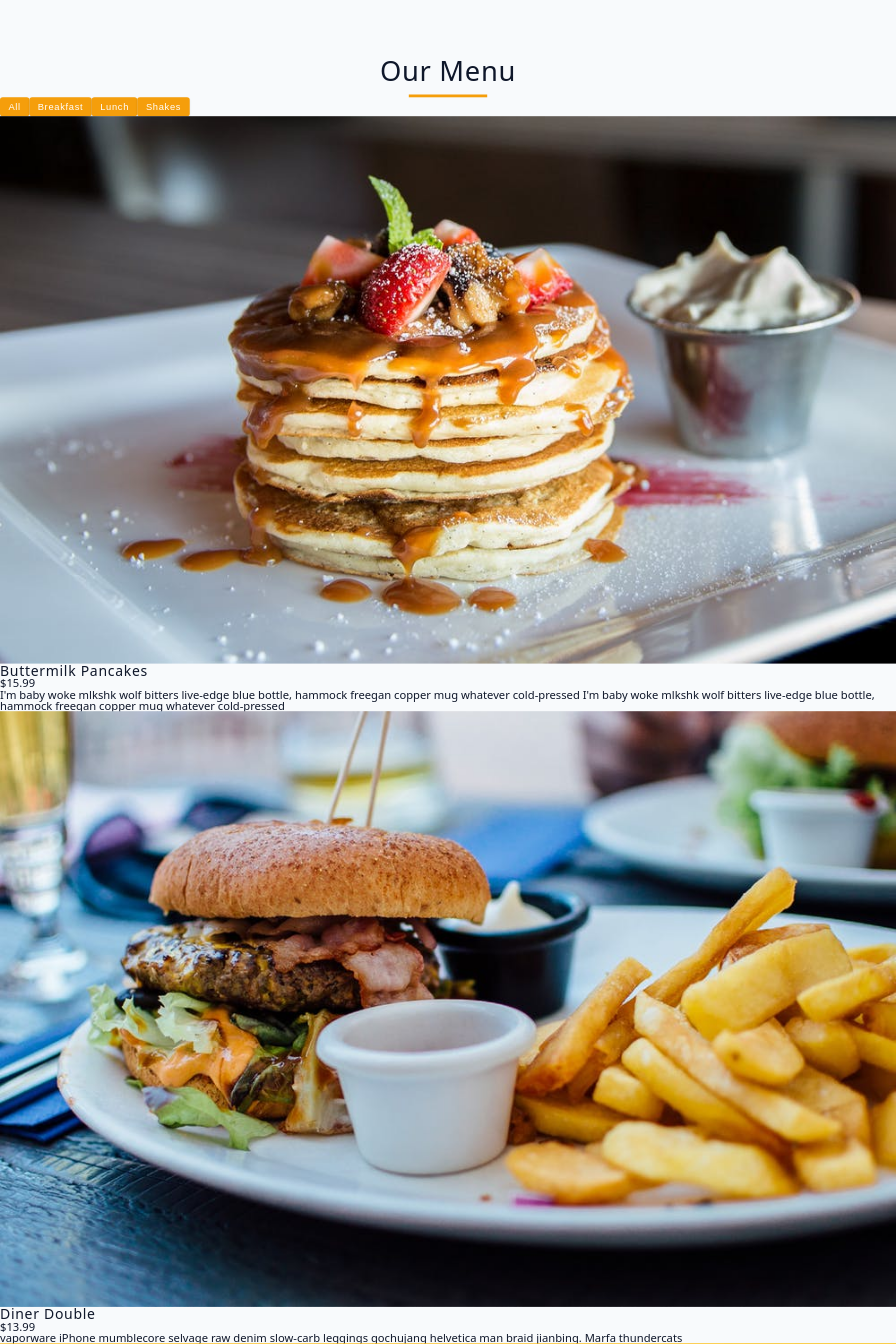
Repository: dydals3440/React-Projects
Page: / (app in 04-fundamental-projects/05-menu/starter/)
The author's editor kept a copy of each file at every save. The page is drawn from the files as they stood at one save, then again after the next save.
The browser window is 1280 px wide. The pictures show the part of the page from y = 0 to 1920 px (the page is 9086 px tall before and 9182 px after), at 70% of full size.
The project was rebuilt for these pictures with package versions that can differ from the ones it lists, and the page was loaded fresh each time. Also part of the build but not shown: 04-fundamental-projects/05-menu/starter/vite.config.js.

Above is the page before, as saved 2023-09-07 13:50:22.

### 04-fundamental-projects/05-menu/starter/src/App.jsx
import { useState } from 'react';
import Title from './Title';
import menu from './data';
import Menu from './Menu';
import Categories from './Categories';

// const tempCategories = menu.map((item) => item.category);
// // 중복된 카테고리를 제외!
// const tempSet = new Set(tempCategories);
// const tempItems = ['all', ...tempSet];
// console.log(tempItems);

const allCategories = ['all', ...new Set(menu.map((item) => item.category))];

const App = () => {
  const [menuItems, setMenuItems] = useState(menu);
  const [categories, setCategories] = useState(allCategories);
  const filterItems = (category) => {
    if (category === 'all') {
      setMenuItems(menu);
      return;
    }
    const newItems = menu.filter((item) => item.category === category);
    setMenuItems(newItems);
  };

  return (
    <main>
      <section className='menu'>
        <Title text='our menu' />
        <Categories categories={categories} filterItems={filterItems} />
        <Menu items={menuItems} />
      </section>
    </main>
  );
};
export default App;

### 04-fundamental-projects/05-menu/starter/src/index.css
/* ============= GLOBAL CSS =============== */

*,
::after,
::before {
  margin: 0;
  padding: 0;
  box-sizing: border-box;
}

html {
  font-size: 100%;
} /*16px*/

:root {
  /* colors */
  --primary-100: #fef3c7;
  --primary-200: #fde68a;
  --primary-300: #fcd34d;
  --primary-400: #fbbf24;
  --primary-500: #f59e0b;
  --primary-600: #d97706;
  --primary-700: #b45309;
  --primary-800: #92400e;
  --primary-900: #78350f;

  /* grey */
  --grey-50: #f8fafc;
  --grey-100: #f1f5f9;
  --grey-200: #e2e8f0;
  --grey-300: #cbd5e1;
  --grey-400: #94a3b8;
  --grey-500: #64748b;
  --grey-600: #475569;
  --grey-700: #334155;
  --grey-800: #1e293b;
  --grey-900: #0f172a;
  /* rest of the colors */
  --black: #222;
  --white: #fff;
  --red-light: #f8d7da;
  --red-dark: #842029;
  --green-light: #d1e7dd;
  --green-dark: #0f5132;

  --small-text: 0.875rem;
  --extra-small-text: 0.7em;
  /* rest of the vars */
  --backgroundColor: var(--grey-50);
  --textColor: var(--grey-900);
  --borderRadius: 0.25rem;
  --letterSpacing: 1px;
  --transition: 0.3s ease-in-out all;
  --max-width: 1120px;
  --fixed-width: 600px;

  /* box shadow*/
  --shadow-1: 0 1px 3px 0 rgba(0, 0, 0, 0.1), 0 1px 2px 0 rgba(0, 0, 0, 0.06);
  --shadow-2: 0 4px 6px -1px rgba(0, 0, 0, 0.1),
    0 2px 4px -1px rgba(0, 0, 0, 0.06);
  --shadow-3: 0 10px 15px -3px rgba(0, 0, 0, 0.1),
    0 4px 6px -2px rgba(0, 0, 0, 0.05);
  --shadow-4: 0 20px 25px -5px rgba(0, 0, 0, 0.1),
    0 10px 10px -5px rgba(0, 0, 0, 0.04);
}

body {
  background: var(--backgroundColor);
  font-family: system-ui, -apple-system, BlinkMacSystemFont, 'Segoe UI', Roboto,
    Oxygen, Ubuntu, Cantarell, 'Open Sans', 'Helvetica Neue', sans-serif;
  font-weight: 400;
  line-height: 1;
  color: var(--textColor);
}
p {
  margin: 0;
}
h1,
h2,
h3,
h4,
h5 {
  margin: 0;
  font-family: var(--headingFont);
  font-weight: 400;
  line-height: 1;
  text-transform: capitalize;
  letter-spacing: var(--letterSpacing);
}

h1 {
  font-size: 3.052rem;
}

h2 {
  font-size: 2.441rem;
}

h3 {
  font-size: 1.953rem;
}

h4 {
  font-size: 1.563rem;
}

h5 {
  font-size: 1.25rem;
}

.text {
  margin-bottom: 1.5rem;
  max-width: 40em;
}

small,
.text-small {
  font-size: var(--small-text);
}

a {
  text-decoration: none;
}
ul {
  list-style-type: none;
  padding: 0;
}

.img {
  width: 100%;
  display: block;
  object-fit: cover;
}
/* buttons */

.btn {
  cursor: pointer;
  color: var(--white);
  background: var(--primary-500);
  border: transparent;
  border-radius: var(--borderRadius);
  letter-spacing: var(--letterSpacing);
  padding: 0.375rem 0.75rem;
  box-shadow: var(--shadow-1);
  transition: var(--transition);
  text-transform: capitalize;
  display: inline-block;
}
.btn:hover {
  background: var(--primary-700);
  box-shadow: var(--shadow-3);
}
.btn-hipster {
  color: var(--primary-500);
  background: var(--primary-200);
}
.btn-hipster:hover {
  color: var(--primary-200);
  background: var(--primary-700);
}
.btn-block {
  width: 100%;
}

/* alerts */
.alert {
  padding: 0.375rem 0.75rem;
  margin-bottom: 1rem;
  border-color: transparent;
  border-radius: var(--borderRadius);
}

.alert-danger {
  color: var(--red-dark);
  background: var(--red-light);
}
.alert-success {
  color: var(--green-dark);
  background: var(--green-light);
}
/* form */

.form {
  width: 90vw;
  max-width: var(--fixed-width);
  background: var(--white);
  border-radius: var(--borderRadius);
  box-shadow: var(--shadow-2);
  padding: 2rem 2.5rem;
  margin: 3rem auto;
}
.form-label {
  display: block;
  font-size: var(--small-text);
  margin-bottom: 0.5rem;
  text-transform: capitalize;
  letter-spacing: var(--letterSpacing);
}
.form-input,
.form-textarea {
  width: 100%;
  padding: 0.375rem 0.75rem;
  border-radius: var(--borderRadius);
  background: var(--backgroundColor);
  border: 1px solid var(--grey-200);
}

.form-row {
  margin-bottom: 1rem;
}

.form-textarea {
  height: 7rem;
}
::placeholder {
  font-family: inherit;
  color: var(--grey-400);
}
.form-alert {
  color: var(--red-dark);
  letter-spacing: var(--letterSpacing);
  text-transform: capitalize;
}
/* alert */

@keyframes spinner {
  to {
    transform: rotate(360deg);
  }
}

.loading {
  width: 6rem;
  height: 6rem;
  border: 5px solid var(--grey-400);
  border-radius: 50%;
  border-top-color: var(--primary-500);
  animation: spinner 0.6s linear infinite;
  margin: 0 auto;
}

/* title */

.title {
  text-align: center;
}

.title-underline {
  background: var(--primary-500);
  width: 7rem;
  height: 0.25rem;
  margin: 0 auto;
  margin-top: 1rem;
}
/* ============= PROJECT CSS =============== */
.menu {
  padding: 5rem 0;
}

### 04-fundamental-projects/05-menu/starter/src/Title.jsx
function Title({ text }) {
  return (
    <div className='title'>
      <h2>{text || 'Default Title'}</h2>
      <div className='title-underline'></div>
    </div>
  );
}

export default Title;

### 04-fundamental-projects/05-menu/starter/src/data.js
const menu = [
  {
    id: 1,
    title: 'buttermilk pancakes',
    category: 'breakfast',
    price: 15.99,
    img: '/images/item-1.jpeg',
    desc: `I'm baby woke mlkshk wolf bitters live-edge blue bottle, hammock freegan copper mug whatever cold-pressed I'm baby woke mlkshk wolf bitters live-edge blue bottle, hammock freegan copper mug whatever cold-pressed `,
  },
  {
    id: 2,
    title: 'diner double',
    category: 'lunch',
    price: 13.99,
    img: '/images/item-2.jpeg',
    desc: `vaporware iPhone mumblecore selvage raw denim slow-carb leggings gochujang helvetica man braid jianbing. Marfa thundercats `,
  },
  {
    id: 3,
    title: 'godzilla milkshake',
    category: 'shakes',
    price: 6.99,
    img: '/images/item-3.jpeg',
    desc: `ombucha chillwave fanny pack 3 wolf moon street art photo booth before they sold out organic viral.`,
  },
  {
    id: 4,
    title: 'country delight',
    category: 'breakfast',
    price: 20.99,
    img: '/images/item-4.jpeg',
    desc: `Shabby chic keffiyeh neutra snackwave pork belly shoreditch. Prism austin mlkshk truffaut, `,
  },
  {
    id: 5,
    title: 'egg attack',
    category: 'lunch',
    price: 22.99,
    img: '/images/item-5.jpeg',
    desc: `franzen vegan pabst bicycle rights kickstarter pinterest meditation farm-to-table 90's pop-up `,
  },
  {
    id: 6,
    title: 'oreo dream',
    category: 'shakes',
    price: 18.99,
    img: '/images/item-6.jpeg',
    desc: `Portland chicharrones ethical edison bulb, palo santo craft beer chia heirloom iPhone everyday`,
  },
  {
    id: 7,
    title: 'bacon overflow',
    category: 'breakfast',
    price: 8.99,
    img: '/images/item-7.jpeg',
    desc: `carry jianbing normcore freegan. Viral single-origin coffee live-edge, pork belly cloud bread iceland put a bird `,
  },
  {
    id: 8,
    title: 'american classic',
    category: 'lunch',
    price: 12.99,
    img: '/images/item-8.jpeg',
    desc: `on it tumblr kickstarter thundercats migas everyday carry squid palo santo leggings. Food truck truffaut  `,
  },
  {
    id: 9,
    title: 'quarantine buddy',
    category: 'shakes',
    price: 16.99,
    img: '/images/item-9.jpeg',
    desc: `skateboard fam synth authentic semiotics. Live-edge lyft af, edison bulb yuccie crucifix microdosing.`,
  },
];
export default menu;

### 04-fundamental-projects/05-menu/starter/src/Menu.jsx
import MenuItem from './MenuItem';

const Menu = ({ items }) => {
  return (
    <div className='section-center'>
      {items.map((menuItem) => {
        return <MenuItem key={menuItem.id} {...menuItem} />;
      })}
    </div>
  );
};

export default Menu;

### 04-fundamental-projects/05-menu/starter/src/Categories.jsx
const Categories = ({ categories, filterItems }) => {
  return (
    <div className='btn-container'>
      {categories.map((category) => {
        return (
          <button
            type='button'
            className='btn'
            key={category}
            // 카테고리를 통과해야하기 떄문에 화살표함수 기능을 제공해야함.
            onClick={() => filterItems(category)}
          >
            {category}
          </button>
        );
      })}
    </div>
  );
};

export default Categories;

### 04-fundamental-projects/05-menu/starter/src/MenuItem.jsx
const MenuItem = ({ img, title, price, desc }) => {
  return (
    <article className='menu-item'>
      <img src={img} alt={title} className='img' />
      <div className='item-info'>
        <header>
          <h5>{title}</h5>
          <span className='item-price'>${price}</span>
        </header>
        <p className='item-text'>{desc}</p>
      </div>
    </article>
  );
};

export default MenuItem;

Loaded but not shown: 04-fundamental-projects/05-menu/starter/index.html (common file); 04-fundamental-projects/05-menu/starter/src/main.jsx (common file)

After the next save:
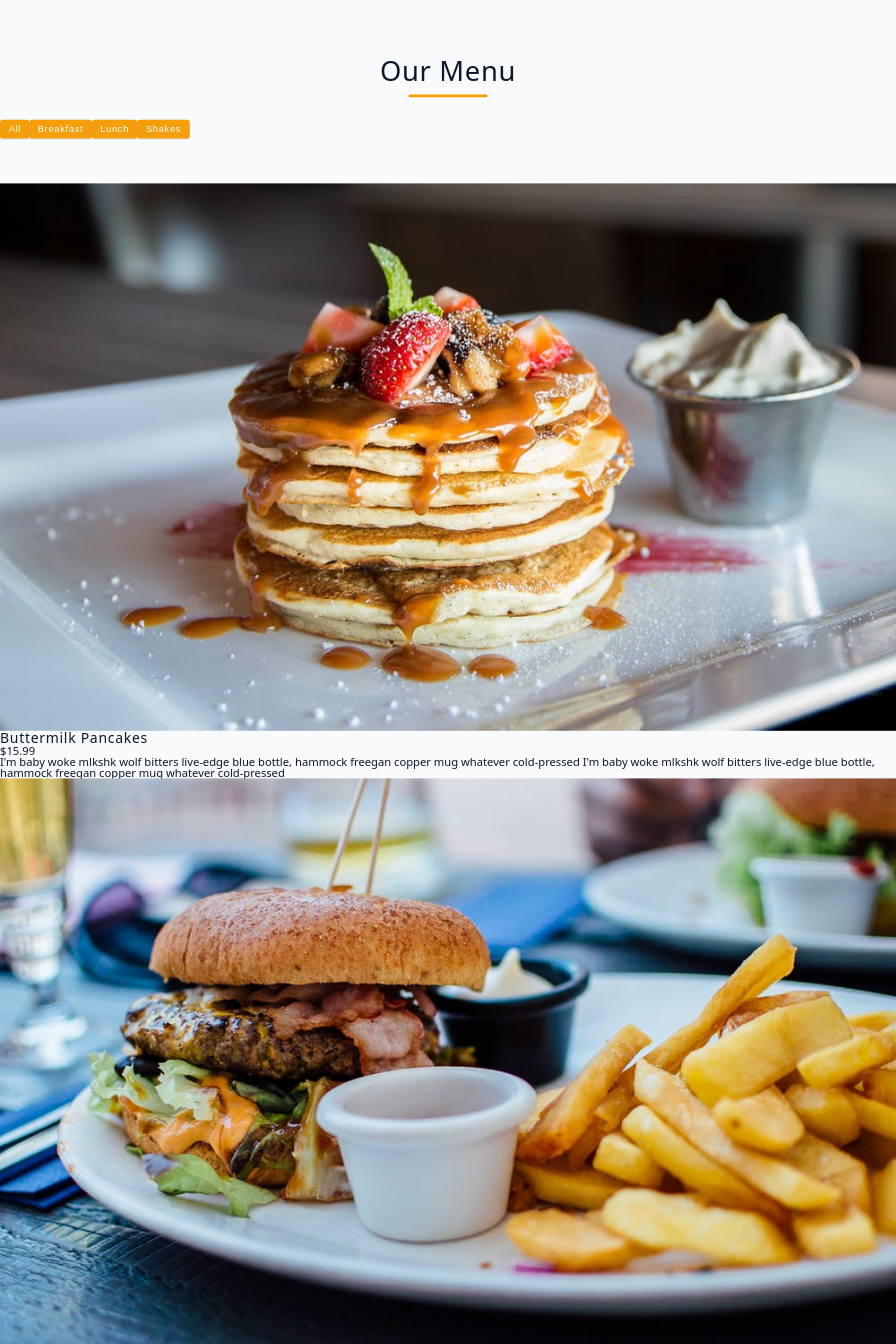
Saved 23 s later.
--- a/04-fundamental-projects/05-menu/starter/src/index.css
+++ b/04-fundamental-projects/05-menu/starter/src/index.css
@@ -256,3 +256,7 @@ ul {
 .menu {
   padding: 5rem 0;
 }
+
+.btn-container {
+  margin: 2rem 0 4rem 0;
+}
